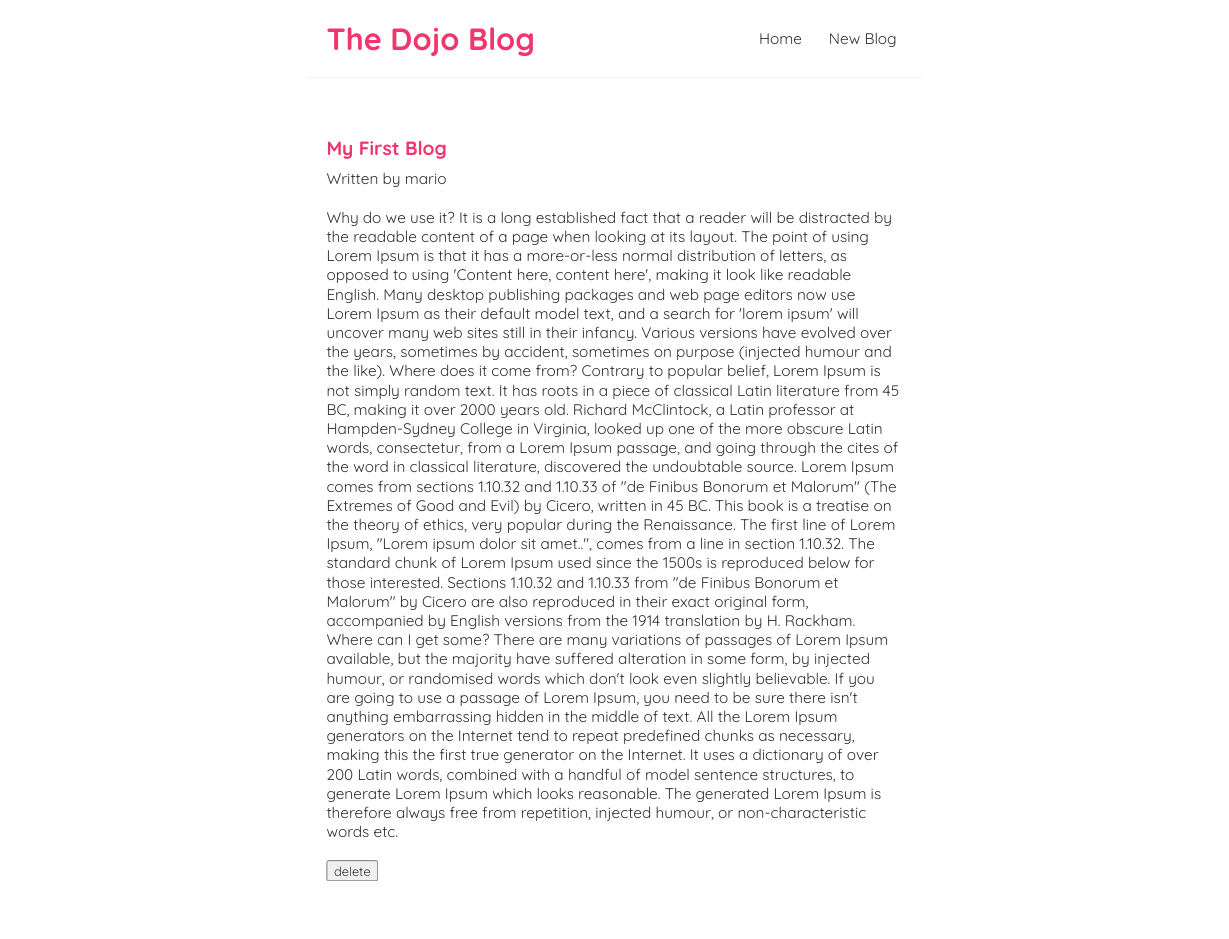
Repository: DESTINYAS/Reactjs
Page: /blogs/1
The author's editor kept a copy of each file at every save. The page is drawn from the files as they stood at one save, then again after the next save.
The browser window is 1280 px wide. The pictures show the whole page, at 96% of full size.
The project was rebuilt for these pictures with package versions that can differ from the ones it lists, and the page was loaded fresh each time. Requests to the local data server were answered from the project's data file. Also part of the build but not shown: src/BlogList.js, src/Home.js, src/create.js.

Above is the page before, as saved 2022-12-01 20:17:37.

### src/index.css
@import url("https://fonts.googleapis.com/css2?family=Quicksand:wght@300;400;500;600;700&display=swap");
/* base styles */
* {
  margin: 0;
  font-family: "Quicksand";
  color: #333;
}
.navbar {
  padding: 20px;
  display: flex;
  align-items: center;
  max-width: 600px;
  margin: 0 auto;
  border-bottom: 1px solid #f2f2f2;
}
.navbar h1 {
  color: #f1356d;
}
.navbar .links {
  margin-left: auto;
}
.navbar a {
  margin-left: 16px;
  text-decoration: none;
  padding: 6px;
}
.navbar a:hover {
  color: #f1356d;
}
.content {
  max-width: 600px;
  margin: 40px auto;
  padding: 20px;
}

/* blog previews / list */
.blog-preview {
  padding: 10px 16px;
  margin: 20px 0;
  border-bottom: 1px solid #fafafa;
}
.blog-preview:hover {
  box-shadow: 1px 3px 5px rgba(0, 0, 0, 0.1);
}
.blog-preview h1 {
  font-size: 20px;
  color: #f1356d;
  margin-bottom: 8px;
}
.blog-preview a {
  text-decoration: none;
}

/* blog details page */
.blog-details h2 {
  font-size: 20px;
  color: #f1356d;
  margin-bottom: 10px;
}
.blog-details div {
  margin: 20px 0;
}

/* create new blog form */
.create {
  max-width: 400px;
  margin: 0 auto;
  text-align: center;
}
.create label {
  text-align: left;
  display: block;
}
.create h2 {
  font-size: 20px;
  color: #f1356d;
  margin-bottom: 30px;
}
.create input,
.create textarea,
.create select {
  width: 100%;
  padding: 6px 10px;
  margin: 10px 0;
  border: 1px solid #ddd;
  box-sizing: border-box;
  display: block;
}
.create button {
  background: #f1356d;
  color: #fff;
  border: 0;
  padding: 8px;
  border-radius: 8px;
  cursor: pointer;
}

### src/App.js
import Navbar from "./Navbar";
import Home from "./Home";
import { BrowserRouter as Router, Route, Switch } from "react-router-dom";
import Create from "./create";
import BlogDetails from "./BlogDetails";

function App() {
  return (
    <Router>
      <div className="App">
        <Navbar />
        <div className="content">
          <Switch>
            <Route exact path="/">
              <Home />
            </Route>
            <Route path="/create">
              <Create />
            </Route>
            <Route path="/blogs/:id">
              <BlogDetails />
            </Route>
          </Switch>
        </div>
      </div>
    </Router>
  );
}

export default App;

### src/Navbar.js
import { Link } from "react-router-dom";

const Navbar = () => {
  return (
    <div className="navbar">
      <h1>The Dojo Blog</h1>
      <div className="links">
        <Link to="/">Home</Link>
        <Link to="/create">New Blog</Link>
      </div>
    </div>
  );
};

export default Navbar;

### src/BlogDetails.js
import { useHistory, useParams } from "react-router-dom";
import BlogList from "./BlogList";
// import { useHistory,useParams } from "react-router-dom";
import useFetch from "./useFetch";

const BlogDetails = () => {
  const { id } = useParams();
  const history = useHistory();
  const {
    data: blog,
    error,
    isPending,
  } = useFetch("http://localhost:8000/blogs/" + id);
  const handleClick = () => {
    fetch("http://localhost:8000/blogs/" + blog.id, {
      method: "DELETE",
    }).then(() => {
      console.log("deleted");
      history.push("/");
    });
  };
  return (
    <div className="blog-details">
      {isPending && <div>Loading....</div>}
      {error && <div>{error}</div>}
      {blog && (
        <article>
          <h2>{blog.title}</h2>
          <p>Written by {blog.author}</p>
          <div>{blog.body}</div>
          <button onClick={handleClick}>delete</button>
        </article>
      )}
    </div>
  );
};

export default BlogDetails;

### src/useFetch.js
import { useState, useEffect } from "react";

const useFetch = (url) => {
  const [data, setData] = useState(null);
  const [isPending, setisPending] = useState(true);
  const [error, setError] = useState(null);

  useEffect(() => {
    const abortCont = new AbortController();
    setTimeout(() => {
      fetch(url, { signal: abortCont.signal })
        .then((res) => {
          if (!res.ok) {
            throw Error("Could not fetch the data for that resource");
          }
          // console.log(res);
          return res.json();
        })
        .then((result) => {
          setData(result);
          setisPending(false);
          setError(null);
        })
        .catch((err) => {
          if (err.name === "AbortError") {
            console.log("Fetch Aborted");
          } else {
            setisPending(false);
            setError(err.message);
          }
        });
    }, 1000);
    return () => abortCont.abort();
  }, [url]);
  return { data, isPending, error };
};
export default useFetch;

Loaded but not shown: public/index.html (common file); src/index.js (common file); data/db.json (common file)

After the next save:
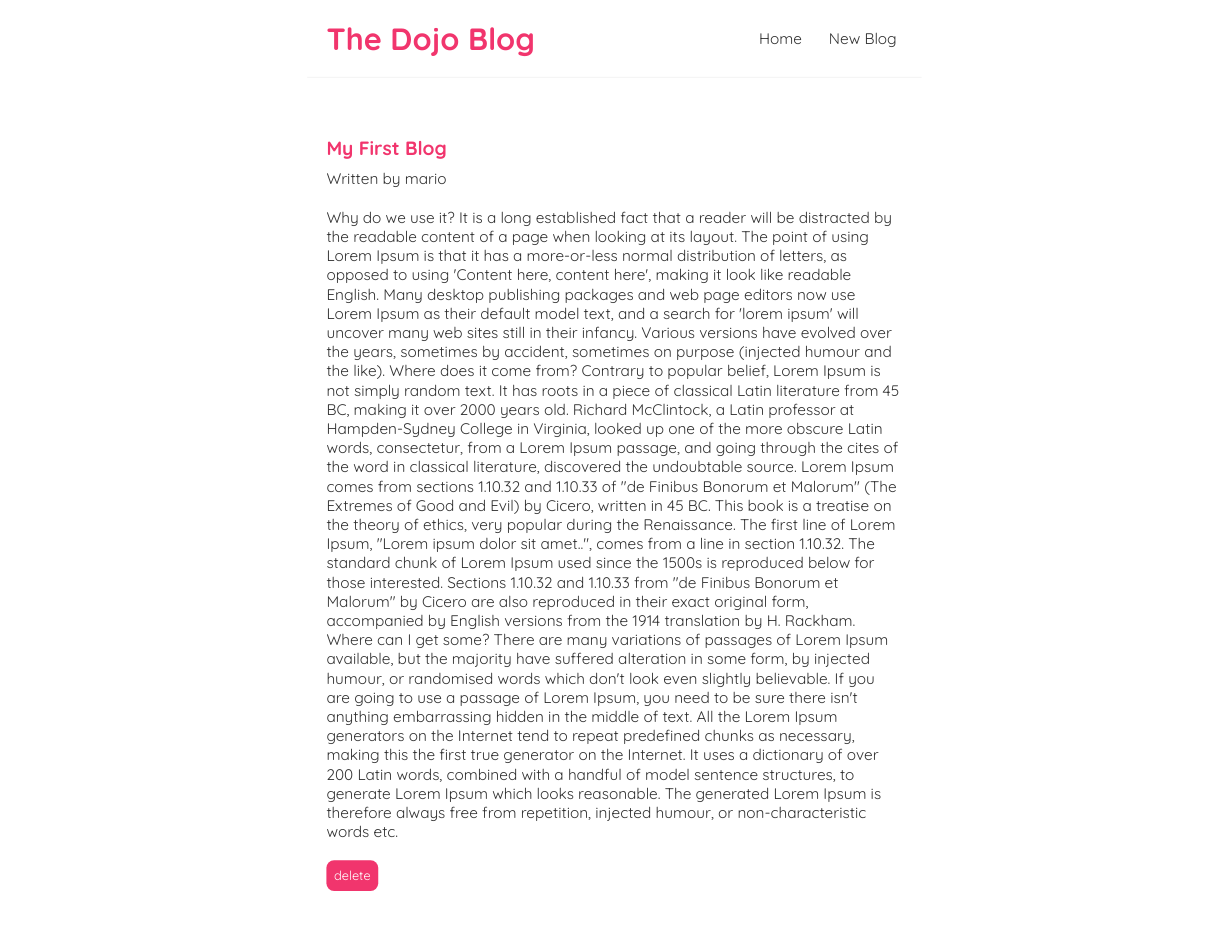
Saved 2 min 27 s later.
--- a/src/index.css
+++ b/src/index.css
@@ -60,6 +60,14 @@
 .blog-details div {
   margin: 20px 0;
 }
+.blog-details button {
+  background: #f1356d;
+  color: #fff;
+  border: 0;
+  padding: 8px;
+  border-radius: 8px;
+  cursor: pointer;
+}
 
 /* create new blog form */
 .create {
